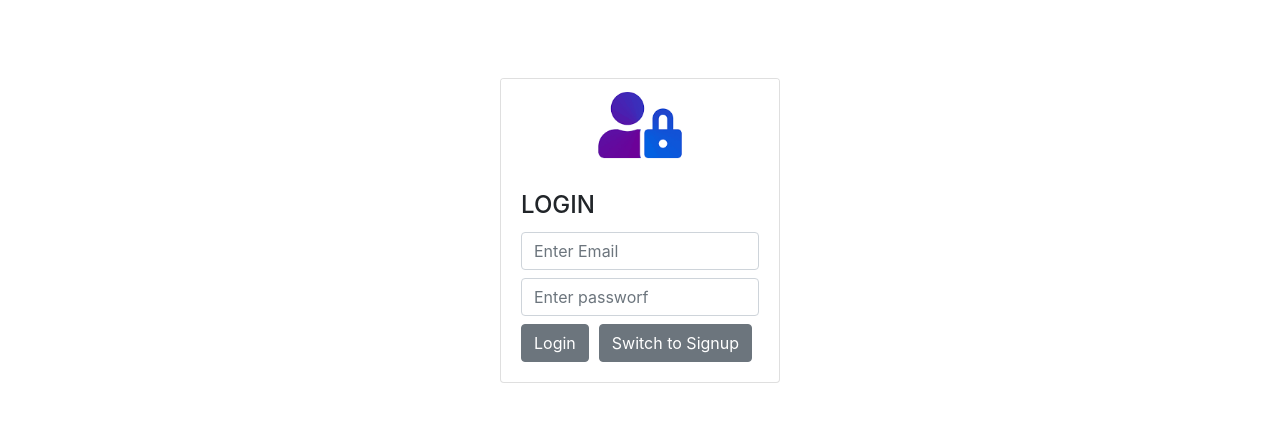
Repository: hosseinemami1370/iranicard
Page: /auth
The author's editor kept a copy of each file at every save. The page is drawn from the files as they stood at one save, then again after the next save.
The browser window is 1280 px wide. The pictures show the whole page.
The project was rebuilt for these pictures with package versions that can differ from the ones it lists, and the page was loaded fresh each time. The framework's server and built-in components were replaced by stand-ins that run in the browser. Also part of the build but not shown: nuxt.config.js, components/Header.vue, components/Logo.vue, components/UI/AppButton.vue, components/navigation/Header.vue, layouts/admin.vue, layouts/error.vue, layouts/header.vue.

Above is the page before, as saved 2021-03-13 16:12:38.

After the next save:
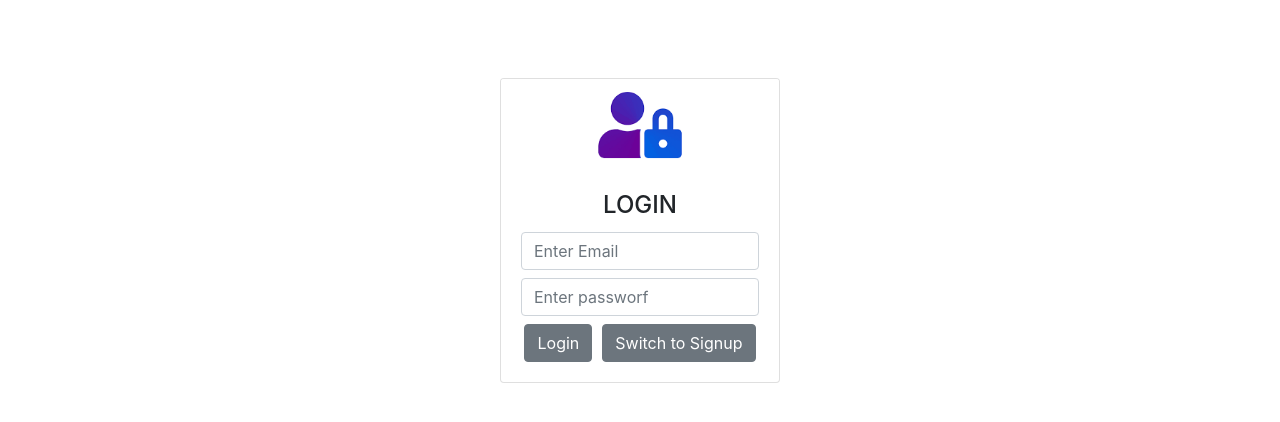
Saved 4 min 23 s later.
--- a/pages/auth/index.vue
+++ b/pages/auth/index.vue
@@ -1,7 +1,7 @@
 <template>
  <div class="admin-auth-page">
     <div class="auth-container">
-  <b-card title="LOGIN" style="max-with:10rem" class="mt-5" img-src="@/assets/download.png" img-top>
+  <b-card title="LOGIN" style="max-with:10rem" class="mt-5 text-center" img-src="@/assets/download.png" img-top>
       <b-form @submit.prevent="onSubmit">
           <b-form-input  id="email" v-model="email" placeholder="Enter Email">
 
